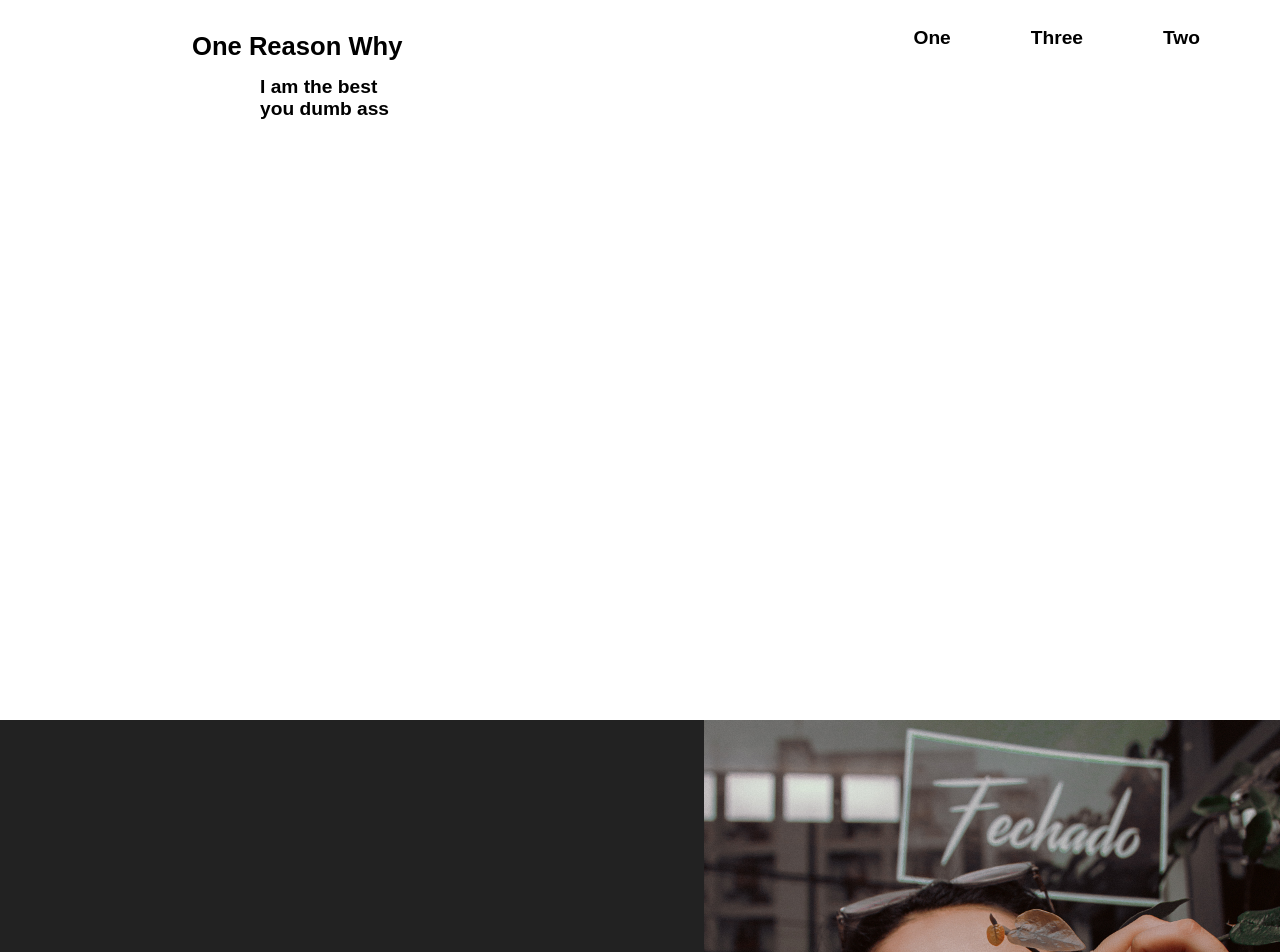
Repository: Imprasna/scrollmagic
Page: index.html
These files come from the project's save history. The page is drawn as it stood at one moment and after the next save; the edit follows.
The browser window is 1280 px wide. The pictures show the part of the page from y = 0 to 952 px (the page is 2200 px tall).
A picture or video elsewhere on the page could not be fetched, so the positions and the page height are approximate. Some web fonts or font styles are not loaded; a fallback is used. Some web libraries are served in a nearby version.

Above is the page before, as saved 2021-11-14 18:29:37.

After the next save:
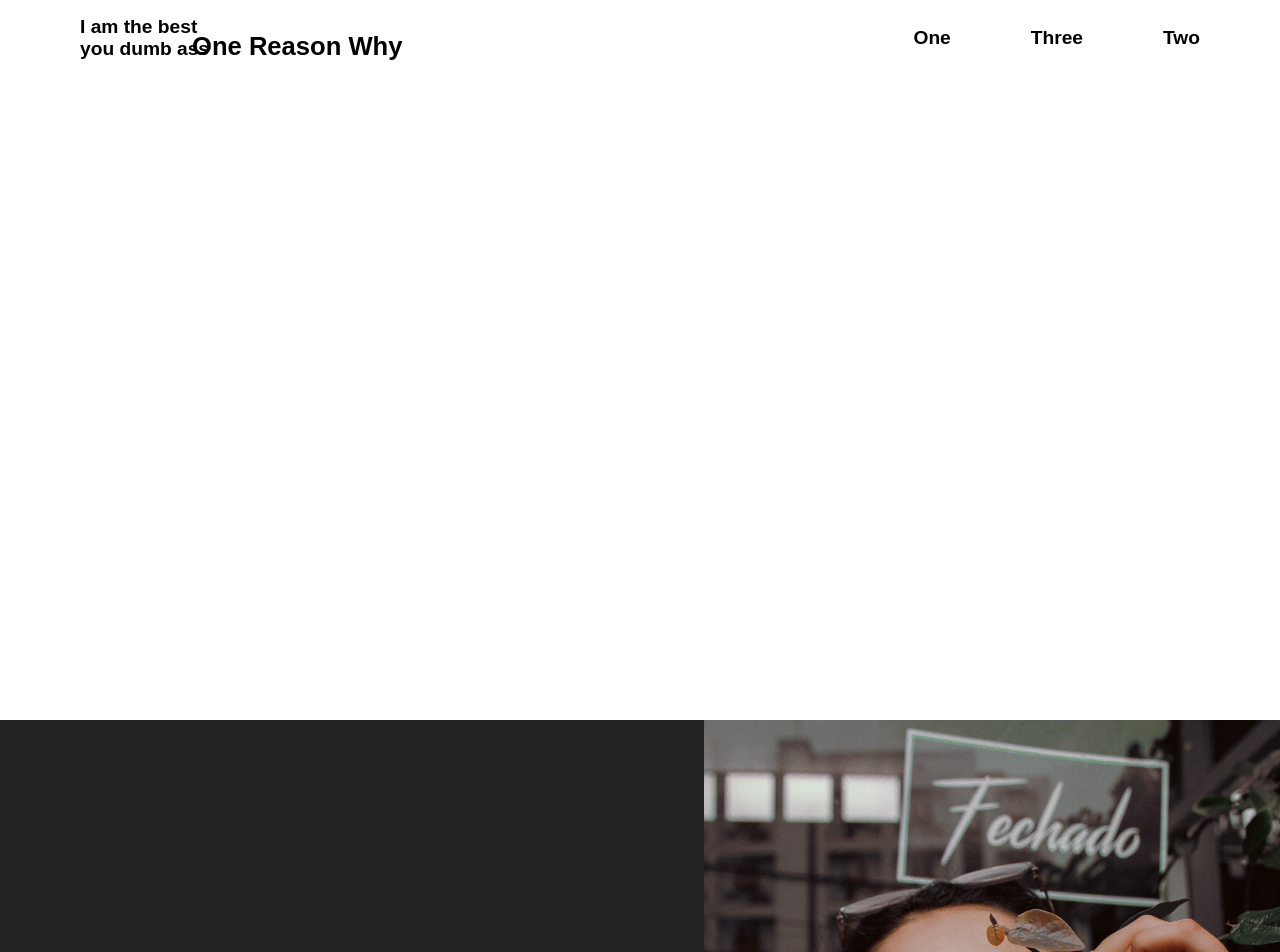
Saved 55 s later.
--- a/app.js
+++ b/app.js
@@ -27,5 +27,4 @@ let tl3 = gsap.timeline({
     },
 });
 
-tl.fromTo(".sliding-text", { x:180 }, { y:60 });
 tl2.fromTo(".logo", {scale: 6}, {scale: 1, top: "2rem", left: "12rem", x: "50%", y: "50%", pin: true});

After the save that followed:
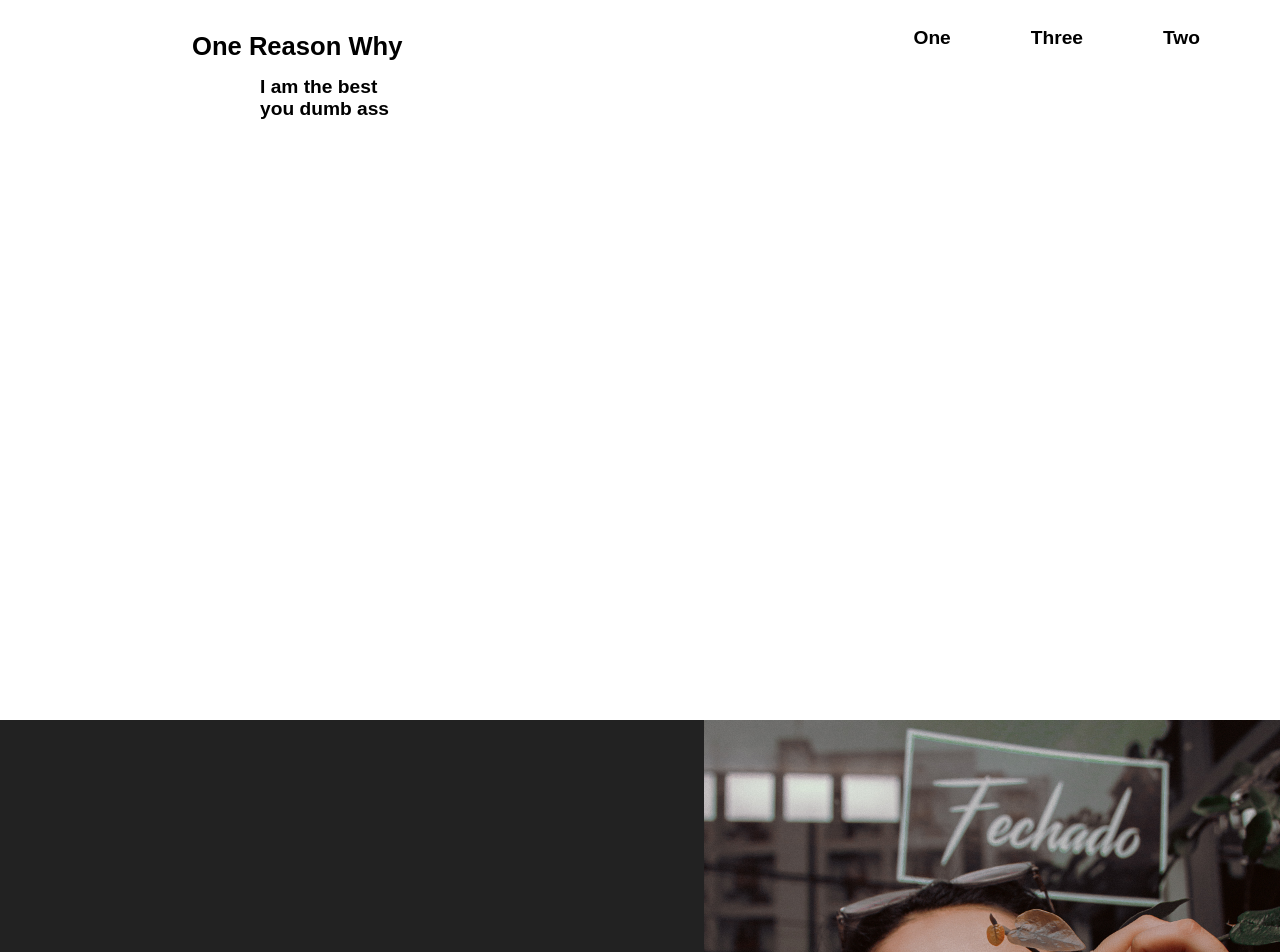
Saved 4 s later.
--- a/app.js
+++ b/app.js
@@ -6,6 +6,8 @@ let tl = gsap.timeline({
         scrub: 1,
     },
 });
+
+tl.fromTo(".sliding-text", { x:180 }, { y:60 });
 
 let tl2 = gsap.timeline({
     ScrollTrigger: {
